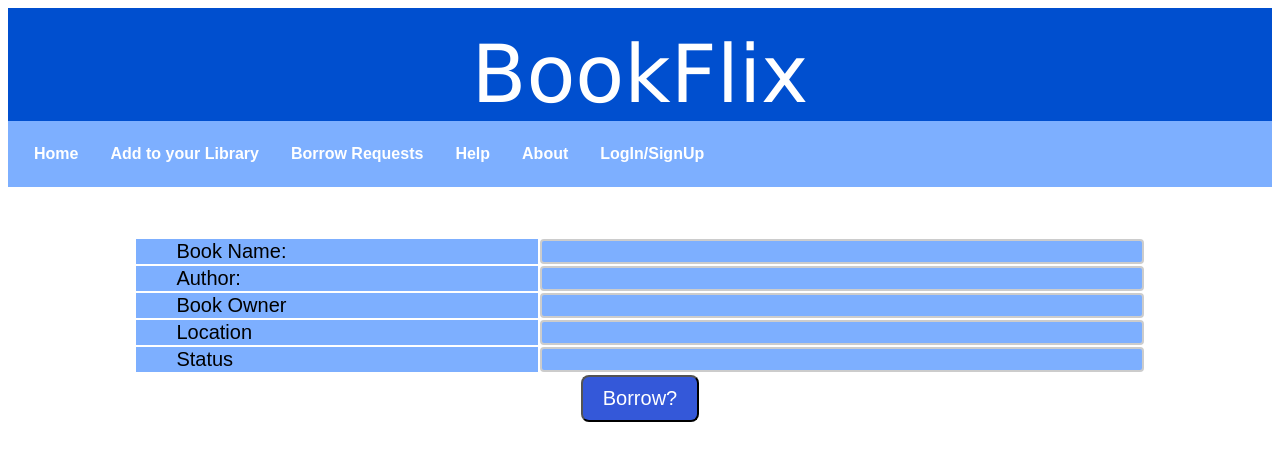
Repository: dan-10/Deloitte
Page: http://localhost/BookFlix/WEB-INF/views/status.jsp
An editor plug-in stored every save of this project. The page is shown before and after the next save, followed by the edit.
The browser window is 1280 px wide. The pictures show the whole page.
The page is served by Tomcat 9. Nobody is signed in. Other server files are loaded and not shown. The template is opened directly, without the code that normally fills it, so the values that code supplies are empty.

Above is the page before, as saved 2019-08-09 04:50:56.

### DeloitteTrainig/Final Project BookFlix/BookFlix/src/main/webapp/WEB-INF/views/status.jsp

<%@ page language="java" contentType="text/html; charset=ISO-8859-1"
    pageEncoding="ISO-8859-1"%>
<%@ taglib uri="http://www.springframework.org/tags/form" prefix="f" %>
<%@ taglib uri="http://java.sun.com/jsp/jstl/core" prefix="c" %>

<!DOCTYPE html>
<html>
	<head>
		<meta charset="ISO-8859-1">
		<title>BookFlix</title>
		<style type="text/css"><%@include file="/WEB-INF/views/styles/homeStyles.css" %></style>
		<style>

	.AddBookForm {
	grid-area: AddBookForm;
	font-family: Arial;
	font-size: 20px;
	font-weight: lighter;
	padding-top: 50px;
	text-align: center;
	}

	.butn {
  -webkit-border-radius: 8;
  -moz-border-radius: 8;
  border-radius: 8px;
  font-family: Arial;
  color: #ffffff;
  font-size: 20px;
  background: #3458d9;
  padding: 10px 20px 10px 20px;
  text-decoration: none;
}

.butn:hover {
  background: #6672de;
  text-decoration: none;
}

.td1{
	background-color: #7dafff;
	width: 20%;
	padding-left:40px;
}

.td {
  color: white;
  width: 30%;
  box-sizing: border-box;
  border: 2px solid #ccc;
  border-radius: 4px;
  font-size: 16px;
  background-color: #7dafff;
  padding-bottom: 10px;
  padding-top:10px;
  padding-left:12px;

}
		</style>
	</head>

	<body>
		<div class="grid-container">
		  <div class="Header">
		  	<div class="heading">
		  		<center>BookFlix</center>
		  	</div>
		  </div>
		  <div class="Navigation">
			<div class="navbar">
				<a href="/home">Home</a>
				<a href="/addBook">Add to your Library</a>
				<a href="/borrow">Borrow Requests</a>
				<a href="/help">Help</a>
				<a href="/about">About</a>
				<a href="/validate">LogIn/SignUp</a>
				<c:if test="${!empty userName}">
					<div class="dropdown">
						<button class="dropbtn">${userName}
							<i class="fa fa-caret-down"></i>
						</button>
						<div class="dropdown-content">
							<a href="/myBooks">My Library</a>
							<a href="/logout">LogOut</a>
						</div>
					</div>
				</c:if>
			</div>
		  </div>
		  </div>

		 <!-- Book and user details area  -->
		 <div class="AddBookForm">
				<center>

					<f:form>
						<table width="80%">
							<tr>
								<td class = "td1">Book Name:</td>
								<td class = "td">${bookname}</td>
							</tr>

							<tr>
								<td class = "td1">Author:</td>
								<td class = "td">${author}</td>
							</tr>
							<tr>
								<td class = "td1">Book Owner</td>
								<td class = "td">${owner}</td>
							</tr>
							<tr>
								<td class = "td1">Location</td>
								<td class = "td">${location}</td>
							</tr>
							<tr>
								<td class = "td1">Status</td>
								<td class = "td">${status}</td>
							</tr>
							<tr>
								<td colspan="2" align="center"><button type ="submit" value = "Add Book" class="butn">Borrow?</button></td>
							</tr>
						</table>
					</f:form>
				</center>
			</div>
	</body>
</html>

### DeloitteTrainig/Final Project BookFlix/BookFlix/src/main/webapp/WEB-INF/views/styles/homeStyles.css
.grid-container {
	grid-template-rows: repeat(auto-fill, minmax(100px, 1fr));
	display: grid;
	grid-template-columns: 1fr 1fr 1fr 1fr 1fr 1fr 1fr 1fr 1fr 1fr 1fr 1fr;
	grid-template-areas: "Header Header Header Header Header Header Header Header Header Header Header Header" "Header Header Header Header Header Header Header Header Header Header Header Header" "Navigation Navigation Navigation Navigation Navigation Navigation Navigation Navigation Navigation Navigation Navigation Navigation" ". SearchPanel SearchPanel SearchPanel SearchPanel SearchPanel SearchPanel SearchPanel SearchPanel SearchPanel SearchPanel ." ". SearchResults SearchResults SearchResults SearchResults SearchResults SearchResults SearchResults SearchResults SearchResults SearchResults ." ". SearchResults SearchResults SearchResults SearchResults SearchResults SearchResults SearchResults SearchResults SearchResults SearchResults ." ". SearchResults SearchResults SearchResults SearchResults SearchResults SearchResults SearchResults SearchResults SearchResults SearchResults ." ". SearchResults SearchResults SearchResults SearchResults SearchResults SearchResults SearchResults SearchResults SearchResults SearchResults ." ". . . . . . . . . . . ." ". . . . . . . . . . . ." ". . . . . . . . . . . .";
}

.Header {
	grid-area: Header;
	background-color: #004fcf;
	font-family: Arial;
	color: #ffffff;
}

.Navigation {
	grid-area: Navigation;
	background-color: #7dafff;
	font-family: Arial;
	color: #ffffff;
	font-size: large;
	padding-top: 10px;
	padding-left: 10px;
	padding-right: 10px;
	padding-bottom: 10px;
}

.SearchPanel {
	grid-area: SearchPanel;
	font-family: Arial;
	font-size: 20px;
	padding-top: 20px;
}

.SearchResults {
	grid-area: SearchResults;
	font-family: Arial;
	font-size: 18px;
	font-weight: lighter;
}

.butn {
  -webkit-border-radius: 8;
  -moz-border-radius: 8;
  border-radius: 8px;
  font-family: Arial;
  color: #ffffff;
  font-size: 20px;
  background: #3458d9;
  padding: 10px 20px 10px 20px;
  text-decoration: none;
}

.butn:hover {
  background: #6672de;
  text-decoration: none;
}

input[type=text] {
  width: 50%;
  box-sizing: border-box;
  border: 2px solid #ccc;
  border-radius: 4px;
  font-size: 16px;
  background-color: white;
  padding: 12px 20px 12px 40px;
}

input[type=text]:focus {
  width: 100%;
  box-sizing: border-box;
  border: 2px solid #ccc;
  border-radius: 4px;
  font-size: 16px;
  background-color: white;
  padding: 12px 20px 12px 40px;
}

.heading{
	font-family: Verdana;
	font-size: 80px;
	font-weight: lighter;
	padding-top: 20px;
}

.b1{
	font-family: Verdana;
	font-size: 40px;
	font-weight: lighter;
	padding-top: 50px;
}

.b2{
	font-family: Verdana;
	font-size: 10px;
	font-weight: lighter;
	padding-top: 20px;
}

body {
  font-family: Arial, Helvetica, sans-serif;
}

.navbar {
  overflow: hidden;
  background-color: #7dafff;
  font-weight: bold;
}

.navbar a {
  float: left;
  font-size: 16px;
  color: white;
  text-align: center;
  padding: 14px 16px;
  text-decoration: none;

}

.dropdown {
  float: left;
  overflow: hidden;
}

.dropdown .dropbtn {
  font-size: 16px;
  border: none;
  outline: none;
  color: white;
  padding: 14px 16px;
  background-color: inherit;
  font-family: inherit;
  margin: 0;
}

.navbar a:hover, .dropdown:hover .dropbtn {
  background-color: #3458d9;
}

.dropdown-content {
  display: none;
  position: absolute;
  background-color: #f9f9f9;
  min-width: 160px;
  box-shadow: 0px 8px 16px 0px rgba(0,0,0,0.2);
  z-index: 1;
}

.dropdown-content a {
  float: none;
  color: black;
  padding: 12px 16px;
  text-decoration: none;
  display: block;
  text-align: left;
}

.dropdown-content a:hover {
  background-color: #ddd;
}

.dropdown:hover .dropdown-content {
  display: block;
}

After the next save:
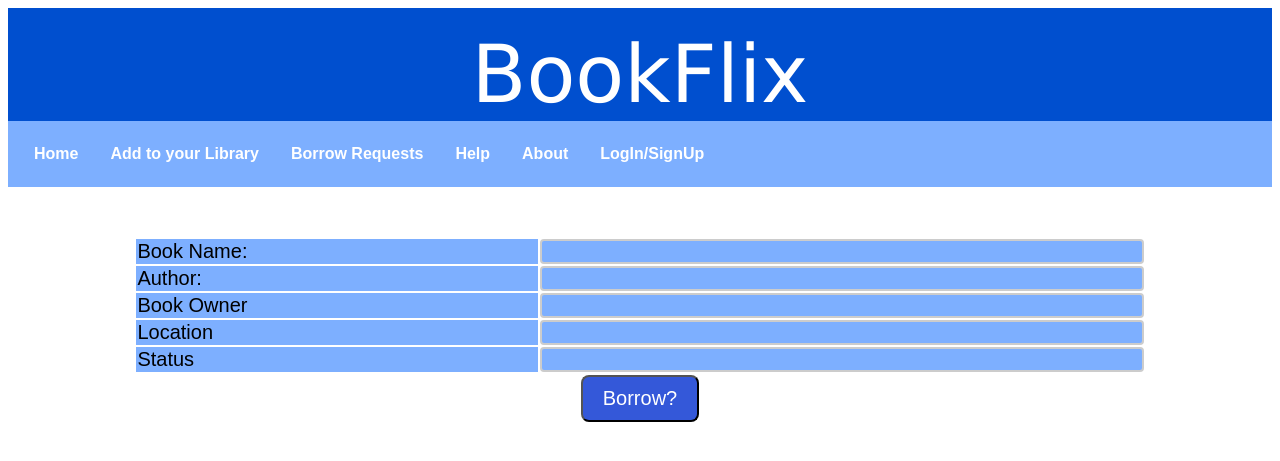
Saved 53 s later.
--- a/DeloitteTrainig/Final Project BookFlix/BookFlix/src/main/webapp/WEB-INF/views/status.jsp
+++ b/DeloitteTrainig/Final Project BookFlix/BookFlix/src/main/webapp/WEB-INF/views/status.jsp
@@ -41,7 +41,7 @@
 .td1{
 	background-color: #7dafff;
 	width: 20%;
-	padding-left:40px;
+	align-content: center;
 }
 
 .td {

After the 2 saves that followed:
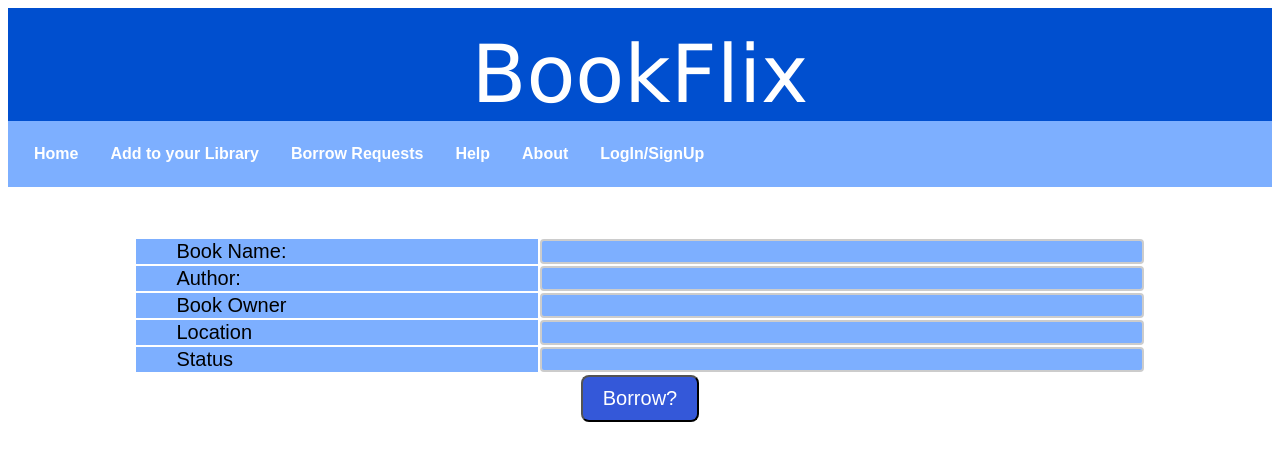
The 2 saves are shown as one change because 1 left the picture as it was.
The last was saved 29 s later.
--- a/DeloitteTrainig/Final Project BookFlix/BookFlix/src/main/webapp/WEB-INF/views/status.jsp
+++ b/DeloitteTrainig/Final Project BookFlix/BookFlix/src/main/webapp/WEB-INF/views/status.jsp
@@ -41,7 +41,7 @@
 .td1{
 	background-color: #7dafff;
 	width: 20%;
-	align-content: center;
+	padding-left: 40px;
 }
 
 .td {
